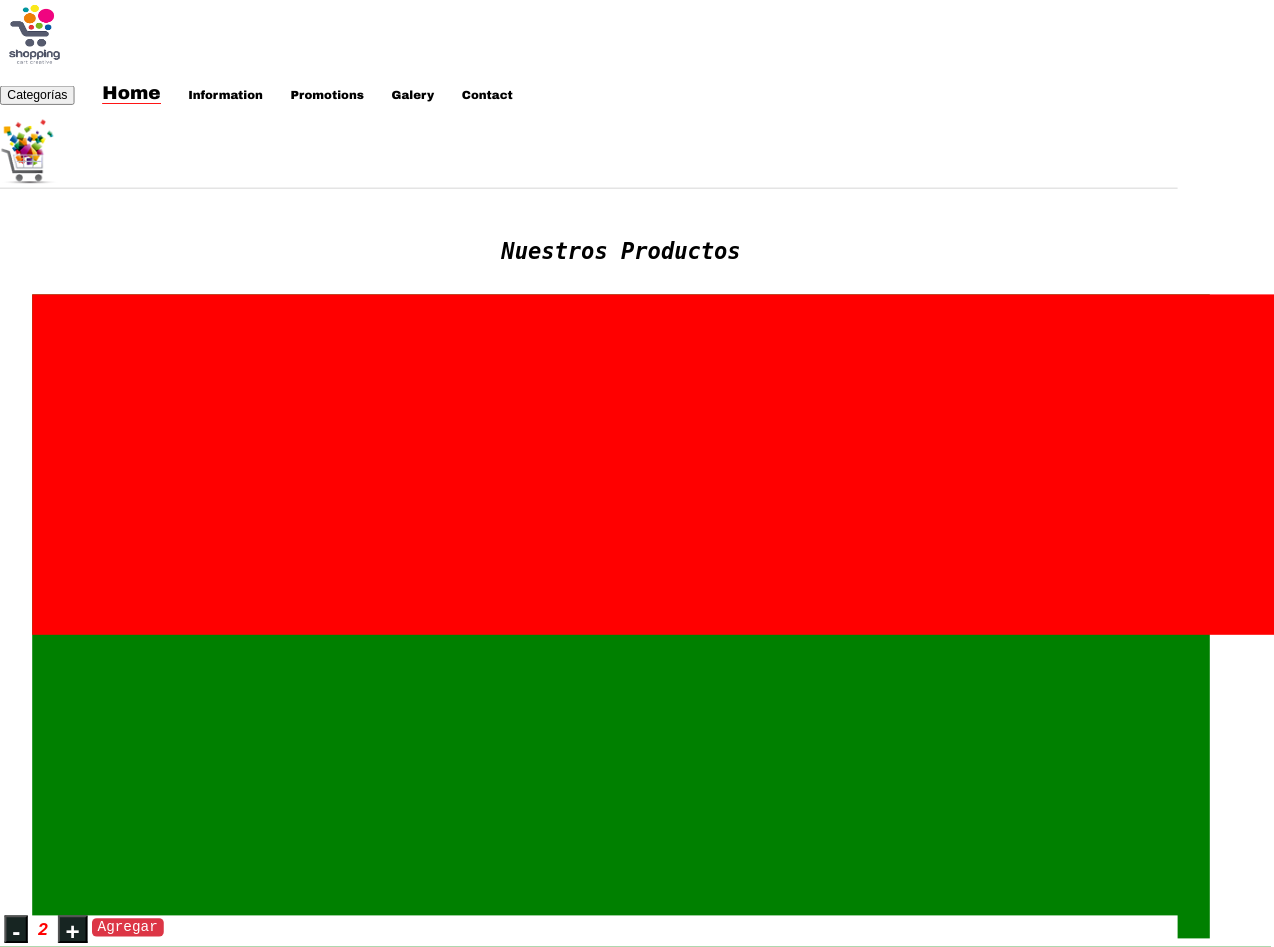
Repository: gustavomanuelquintana/CoderRepository
Page: / (app in cards-commers/)
These files come from the project's save history. The page is drawn as it stood at one moment and after a run of saves; the edit follows.
The browser window is 1280 px wide. The page is 1385 px wide, then 1350 px, so the pictures cover 1385 px, including what lies to the right of the window. The pictures show the whole page, at 92% of full size.
The project was rebuilt for these pictures with package versions that can differ from the ones it lists, and the page was loaded fresh each time.

Above is the page before, as saved 2020-10-31 14:04:43.

After the next 2 saves:
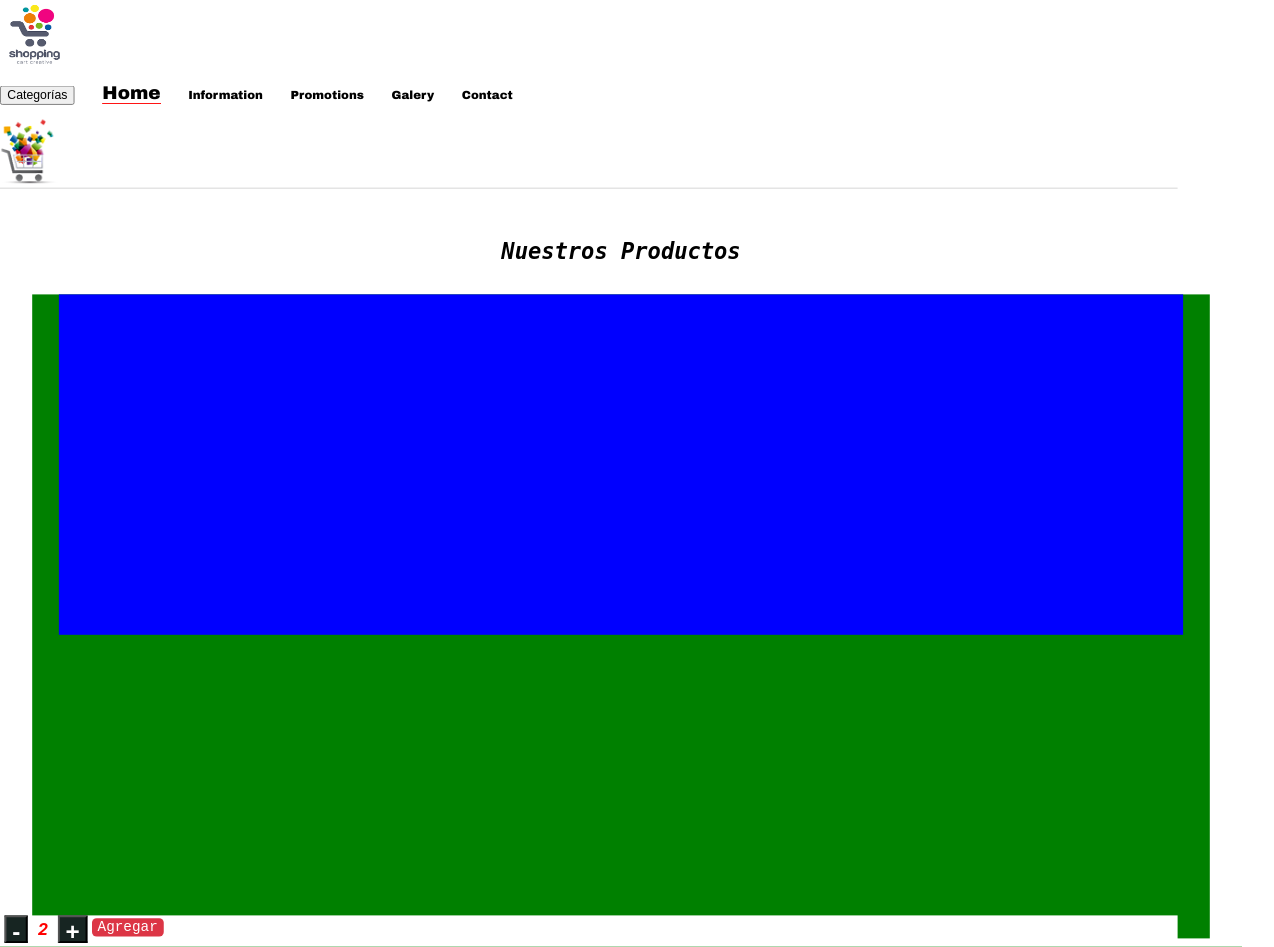
The 2 saves are shown as one change because they came seconds apart.
The last was saved 11 s later.
--- a/cards-commers/src/Components/ItemListContainer/Item/Item.css
+++ b/cards-commers/src/Components/ItemListContainer/Item/Item.css
@@ -1,7 +1,7 @@
 .Item{
-    background-color: red;
+    background-color: blue;
     padding:35px;
     margin:0.25em auto;
-    width:100%;
+    width:90%;
     height:300px;
 }
